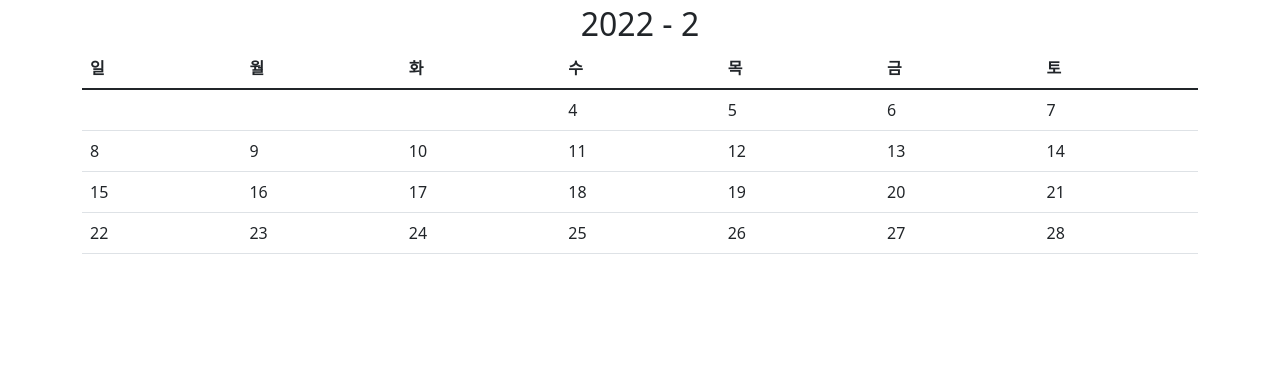
Repository: Visionary1/fullstack-dev-study
Page: http://localhost/Test/lesson02/quiz10.jsp
The author's editor kept a copy of each file at every save. The page is drawn from the files as they stood at one save, then again after the next save.
The browser window is 1280 px wide. The pictures show the whole page.
The page is served by Tomcat 9.

Above is the page before, as saved 2022-02-13 17:20:49.

### 4_servlet/workspace/Test/src/main/webapp/lesson02/quiz10.jsp
<%@ page language="java" contentType="text/html; charset=UTF-8" pageEncoding="UTF-8"%>

<%@ page import="java.util.*"%>

<!DOCTYPE html>
<html>
<head>
<meta charset="UTF-8">
<title>Insert title here</title>
<link href="https://cdn.jsdelivr.net/npm/bootstrap@5.1.3/dist/css/bootstrap.min.css" rel="stylesheet">
<script src="https://cdn.jsdelivr.net/npm/bootstrap@5.1.3/dist/js/bootstrap.bundle.min.js"></script>
</head>
<body>

	<%
	Calendar cal = Calendar.getInstance();

	// 월의 첫날
	cal.set(Calendar.DAY_OF_MONTH, 1);

	//그 주의 요일 반환 (일:1 ~ 토:7)
	int week = cal.get(Calendar.DAY_OF_WEEK);

	//몇 주 있는지
	int weekSize = cal.getActualMaximum(Calendar.WEEK_OF_MONTH);

	// 마지막 날짜
	int maximumDays = cal.getActualMaximum(Calendar.DATE);

	HashMap<Integer, String> dayOfWeek = new HashMap<>();
	dayOfWeek.put(1, "일");
	dayOfWeek.put(2, "월");
	dayOfWeek.put(3, "화");
	dayOfWeek.put(4, "수");
	dayOfWeek.put(5, "목");
	dayOfWeek.put(6, "금");
	dayOfWeek.put(7, "토");

	Collection<String> values = dayOfWeek.values();
	%>

	<div class="container">

		<div class="fw-light fs-2 text-center"><%=cal.get(Calendar.YEAR) + " - " + Integer.valueOf(cal.get(Calendar.MONTH) + 1)%></div>

		<table class="table">
			<thead>
				<tr>
					<%
					for (String day : values) {
					%>
					<th><%=day%></th>

					<%
					}
					%>
				</tr>
			</thead>
			<tbody>

				<%
				int init = 0;
				for (int i = 0; i < weekSize - 1; i++) {
				%>
				<tr>

					<%
					for (int j = 0; j < 7; j++) {
						if (((i * 7) + (j + 1)) > maximumDays) {
							break;
						}

						// 현재 달 1일부터 시작하게
						if (init == 0) {
							for (int k = 0; k < week; k++) {
					%>
					<td></td>
					<%
					}
					init = 1;
					j = week;
					}
					%>
					<td><%=((i * 7) + (j + 1))%></td>
					<%
					}
					%>
				</tr>

				<%
				}
				%>

			</tbody>
		</table>
	</div>



</body>
</html>

After the next save:
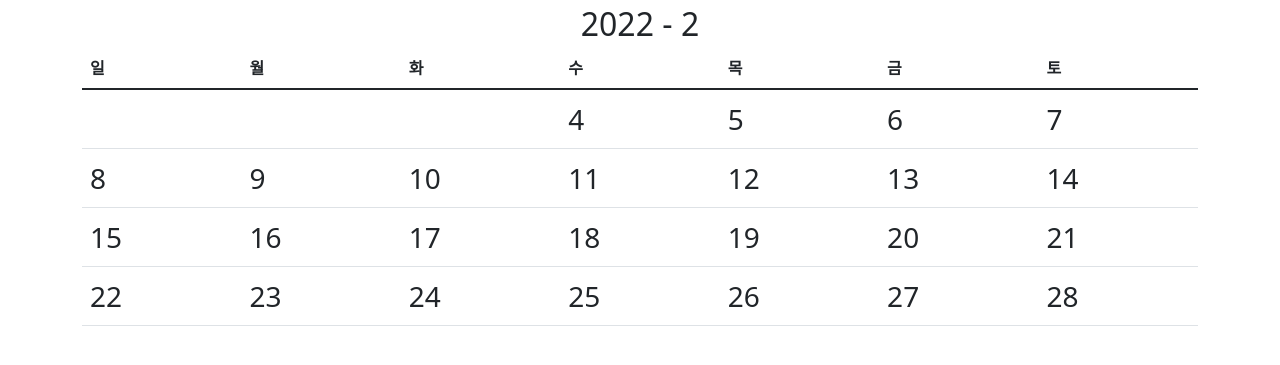
Saved 67 s later.
--- a/4_servlet/workspace/Test/src/main/webapp/lesson02/quiz10.jsp
+++ b/4_servlet/workspace/Test/src/main/webapp/lesson02/quiz10.jsp
@@ -74,14 +74,14 @@
 						if (init == 0) {
 							for (int k = 0; k < week; k++) {
 					%>
-					<td></td>
+					<td class="fs-3"></td>
 					<%
 					}
 					init = 1;
 					j = week;
 					}
 					%>
-					<td><%=((i * 7) + (j + 1))%></td>
+					<td class="fs-3"><%=((i * 7) + (j + 1))%></td>
 					<%
 					}
 					%>
